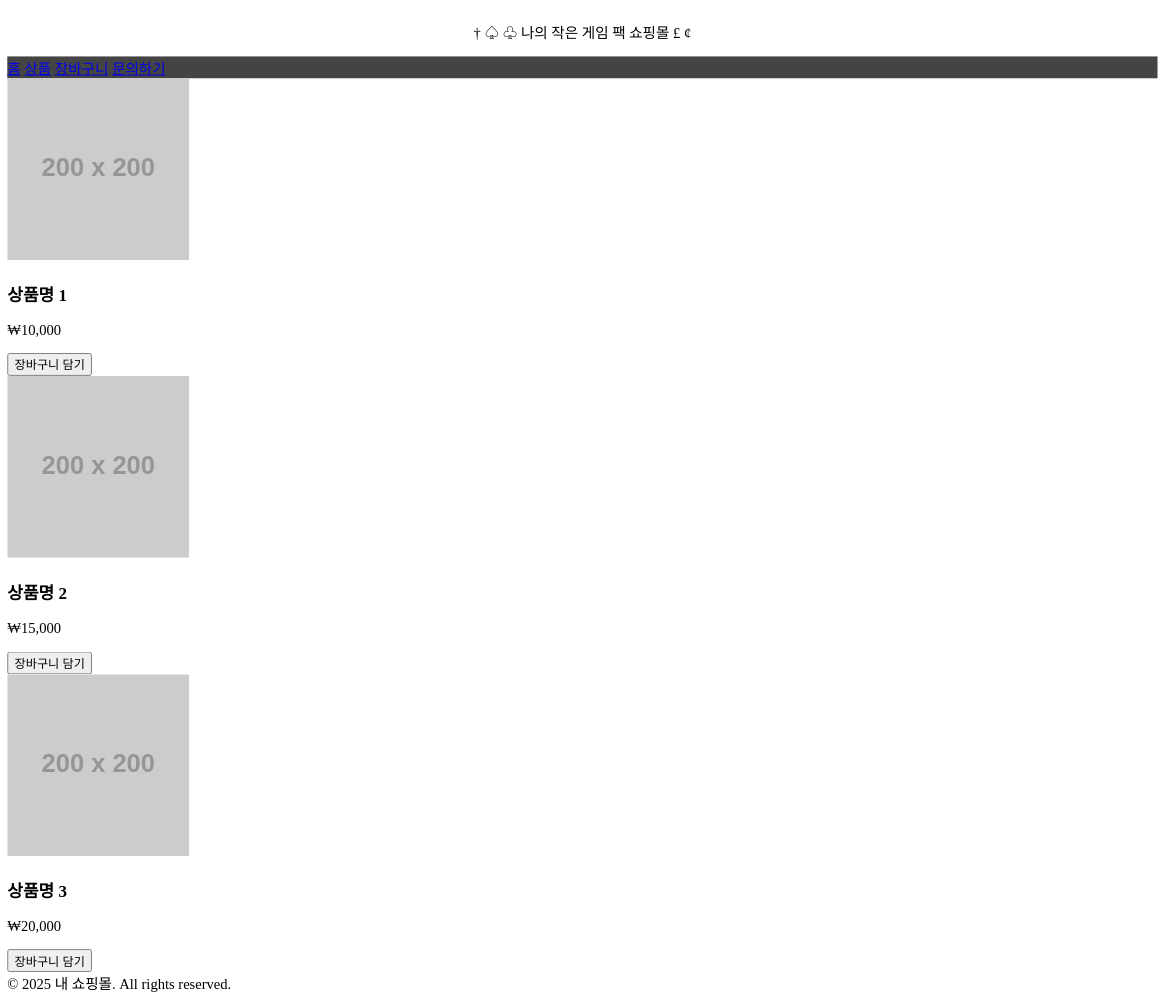
Repository: SeungYeon04/A_AssetsJSP
Page: http://localhost/JSP_Start01/
The author's editor kept a copy of each file at every save. The page is drawn from the files as they stood at one save, then again after the next save.
The browser window is 1280 px wide. The pictures show the whole page, at 91% of full size.
Some web fonts or font styles are not loaded; a fallback is used. The page is served by Tomcat 9.

Above is the page before, as saved 2025-03-11 05:23:56.

### JSP_Start01/src/main/webapp/index.jsp
<%@ page language="java" contentType="text/html; charset=UTF-8"
    pageEncoding="UTF-8"%>
<!DOCTYPE html>
<html>
<head>
<meta charset="UTF-8">
<title>Insert title here</title>
</head>
<body>
	<header>† ♤ ♧  나의 작은 게임 팩 쇼핑몰 £ ¢</header>

    <nav>
        <a href="#">홈</a>
        <a href="#">상품</a>
        <a href="#">장바구니</a>
        <a href="#">문의하기</a>
    </nav>

    <div class="container">
        <div class="product">
            <img src="https://via.placeholder.com/200" alt="상품1">
            <h3>상품명 1</h3>
            <p>₩10,000</p>
            <button>장바구니 담기</button>
        </div>

        <div class="product">
            <img src="https://via.placeholder.com/200" alt="상품2">
            <h3>상품명 2</h3>
            <p>₩15,000</p>
            <button>장바구니 담기</button>
        </div>

        <div class="product">
            <img src="https://via.placeholder.com/200" alt="상품3">
            <h3>상품명 3</h3>
            <p>₩20,000</p>
            <button>장바구니 담기</button>
        </div>
    </div>

    <footer>© 2025 내 쇼핑몰. All rights reserved.</footer>
    <style>

    	body {
    		font-family: 'Ownglyph_ParkDaHyun';
    	}

    	header {
    		text-align: center;
    		padding: 15px 0;
    	}



	    @font-face {
		    font-family: 'Ownglyph_ParkDaHyun';
		    src: url('https://fastly.jsdelivr.net/gh/projectnoonnu/2411-3@1.0/Ownglyph_ParkDaHyun.woff2') format('woff2');
		    font-weight: normal;
		    font-style: normal;
		}

		nav {
			background: #444;

		}


    </style>
</body>
</html>

After the next save:
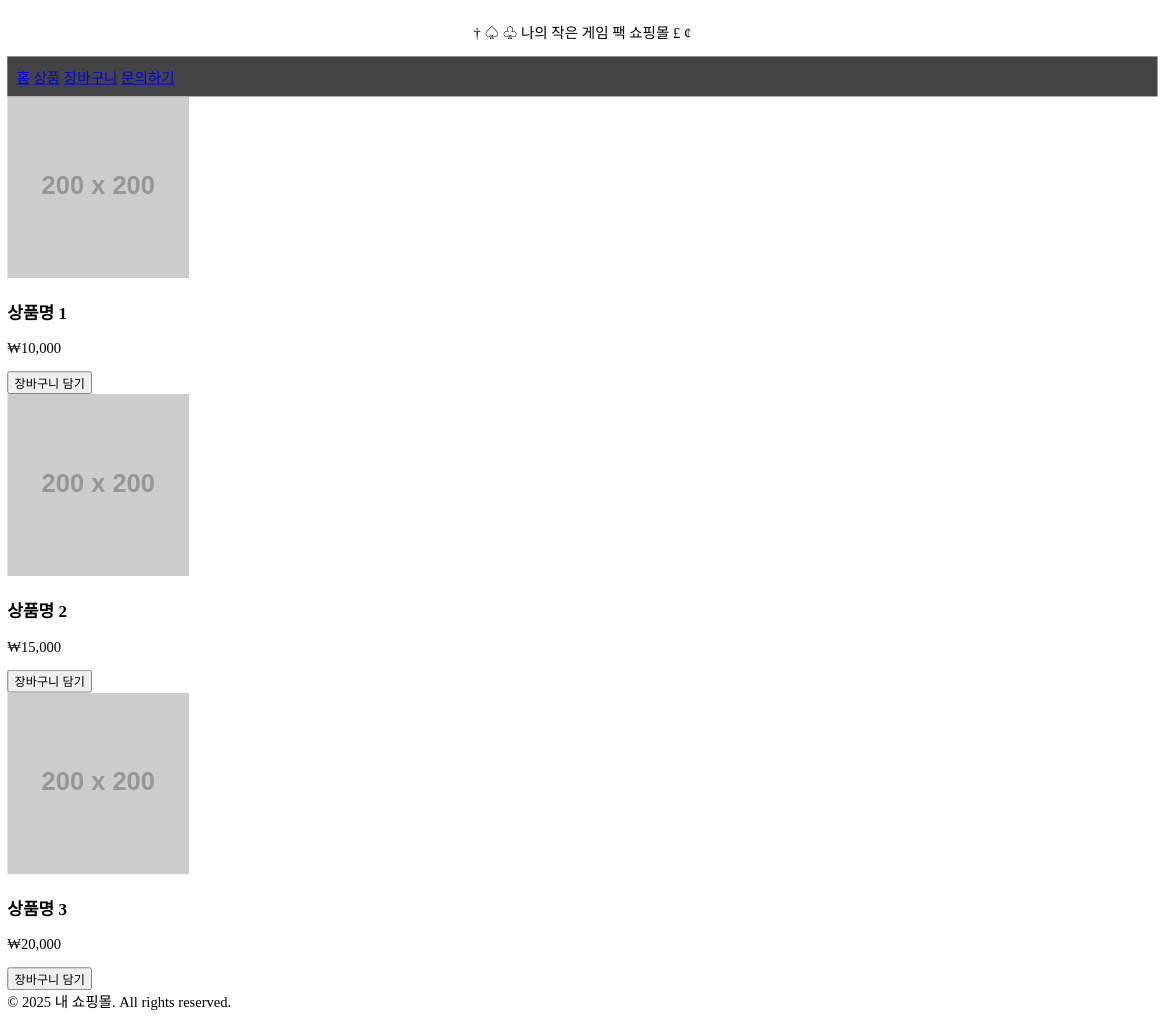
Saved 15 s later.
--- a/JSP_Start01/src/main/webapp/index.jsp
+++ b/JSP_Start01/src/main/webapp/index.jsp
@@ -62,6 +62,8 @@
 
 		nav {
 			background: #444;
+			padding: 10px;
+			text-align: ceter;
 
 		}
 
